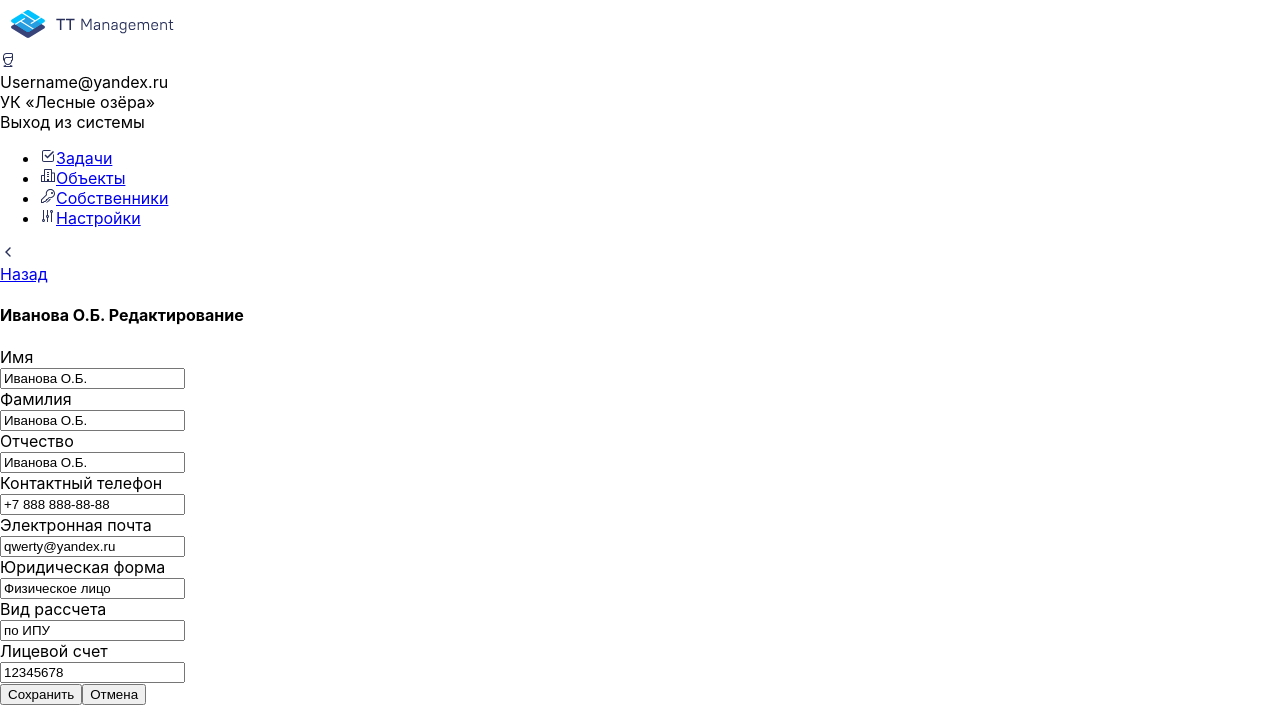
Repository: TryBr/tt-management
Page: /owners/1/edit
The author's editor kept a copy of each file at every save. The page is drawn from the files as they stood at one save, then again after the next save.
The browser window is 1280 px wide. The pictures show the whole page.
The project was rebuilt for these pictures with package versions that can differ from the ones it lists, and the page was loaded fresh each time. Also part of the build but not shown: src/App.css, src/TaskDetail.js, src/Owners.js, src/OwnerDetail.js.

Above is the page before, as saved 2020-07-21 10:57:12.

After the next save:
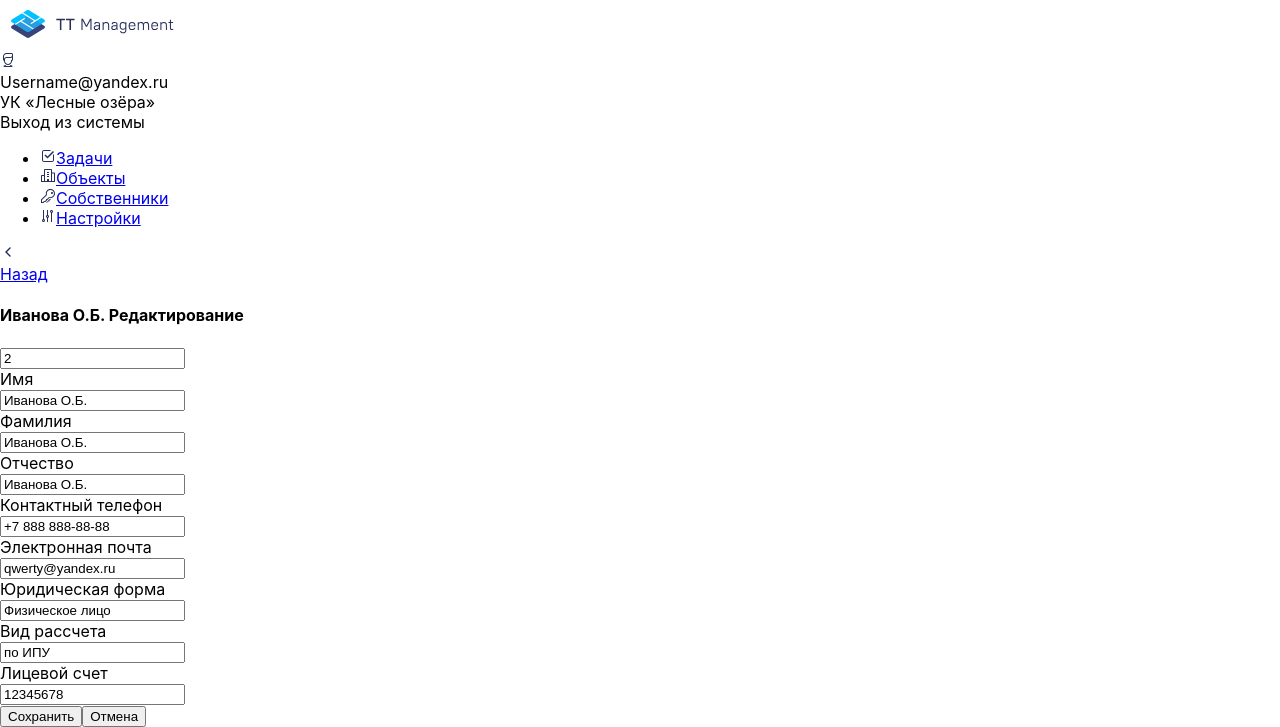
Saved 4 min 5 s later.
--- a/src/OwnerEdit.js
+++ b/src/OwnerEdit.js
@@ -39,6 +39,9 @@ const OwnerEdit = ({ owner }) => {
             <Row>
                 <Col span={12}>
                         <Form layout={"vertical"} size={"middle"} onFinish={onFinish}>
+                            <Form.Item name="id" initialValue={owner[id].id} hidden="true">
+                                <Input />
+                            </Form.Item>
                             <Form.Item label="Имя" name="name" initialValue={owner[id].fio} >
                                 <Input />
                             </Form.Item>
